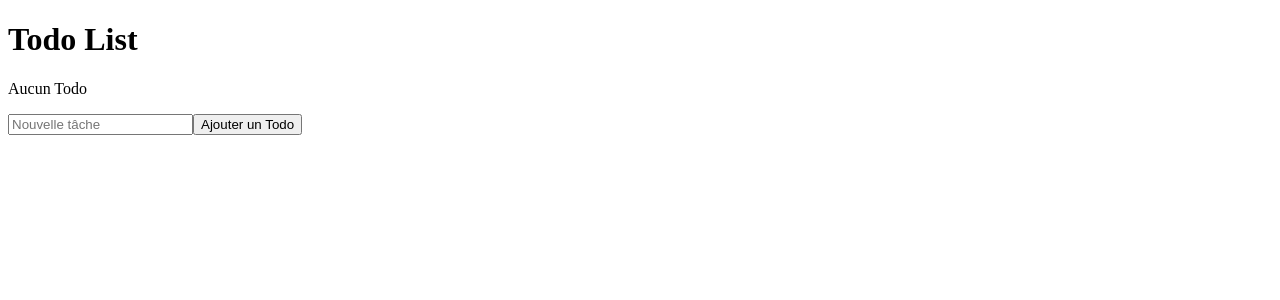
Repository: Aqui05/todo-vue
Page: /
An editor plug-in stored every save of this project. The page is shown before and after the next save, followed by the edit.
The browser window is 1280 px wide. The pictures show the whole page.
The project was rebuilt for these pictures with package versions that can differ from the ones it lists, and the page was loaded fresh each time. Also part of the build but not shown: vue.config.js.

Above is the page before, as saved 2024-10-31 18:04:13.

After the next save:
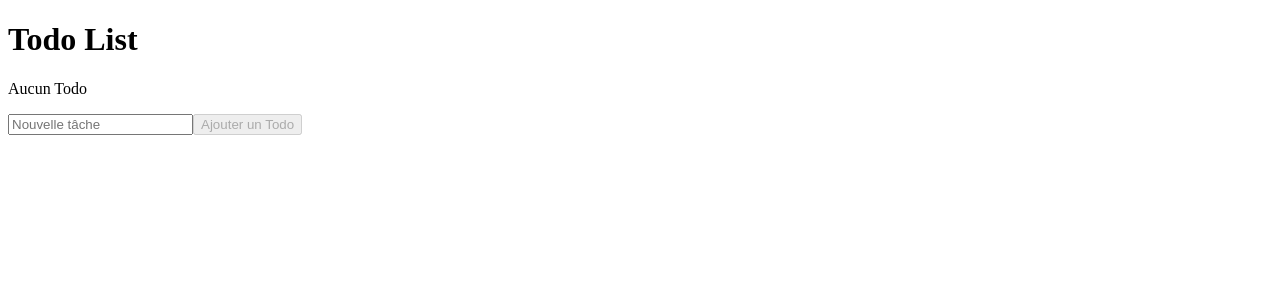
Saved 2 min 16 s later.
--- a/src/App.vue
+++ b/src/App.vue
@@ -5,7 +5,7 @@
 
     <form action="" @submit:prevent="addTodo">
       <input type="text" v-model="newTodoText" placeholder="Nouvelle tâche" />
-      <button>Ajouter un Todo</button>
+      <button :disabled="!newTodoText">Ajouter un Todo</button>
     </form>
     <ul>
       <li v-for="todo in todos" :key="todo.id">{{ todo.text }}</li>
